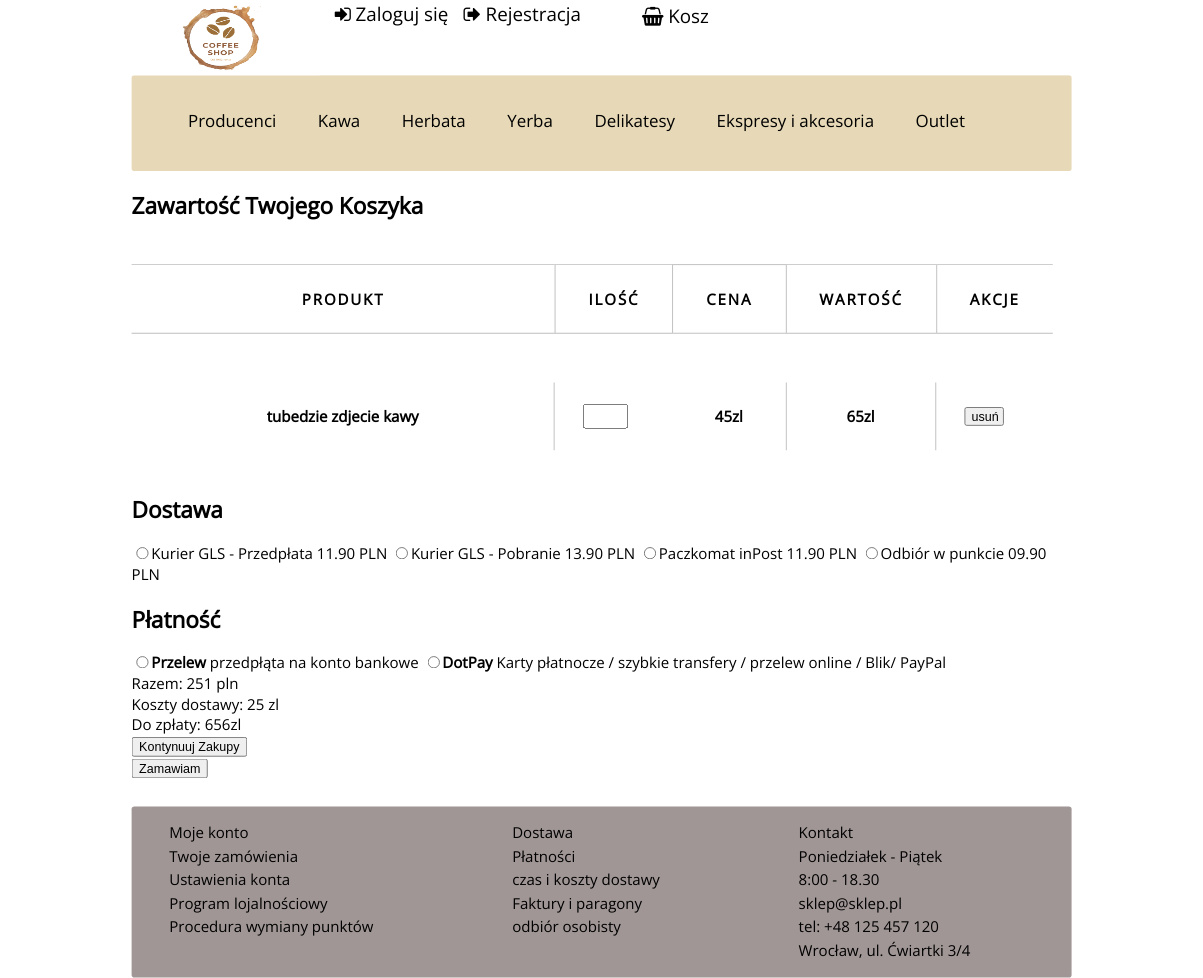
Repository: kq333/CoffeShop
Page: index2.html
The author's editor kept a copy of each file at every save. The page is drawn from the files as they stood at one save, then again after the next save.
The browser window is 1280 px wide. The pictures show the whole page, at 94% of full size.
The style sheet was rebuilt from its Sass, Less or Tailwind sources for each picture, by a compiler version that may differ from the author's.

Above is the page before, as saved 2020-12-10 00:12:53.
Console error: TypeError: Cannot read properties of null (reading 'addEventListener')

After the next save:
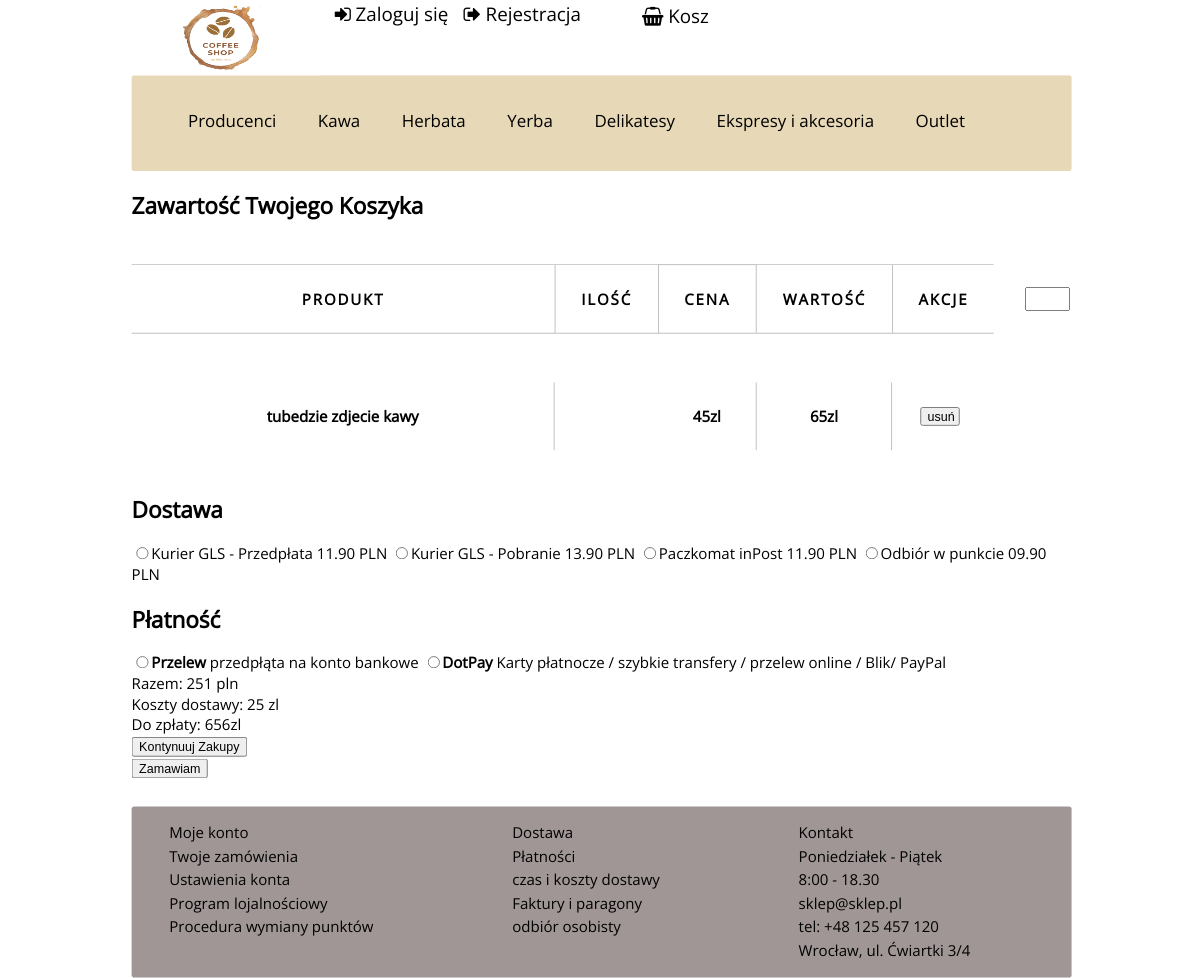
Saved 101 s later.
--- a/index2.html
+++ b/index2.html
@@ -256,7 +256,8 @@
                         <div class="productValue">wartość</div>
                         <div class="productDelete">Akcje</div>
                         <div class="productClone">tubedzie zdjecie kawy</div>
-                        <input class="inputNumber" type="number" min="0">
+                        <div id="inputNumber">
+                        <input class="inputNumber" type="number" min="0"></div>
                         <div class="productPriceValue">45zl</div>
                         <div class="productValuePrice">65zl</div>
                         <button id="deleteBasket">usuń</button>

After the save that followed:
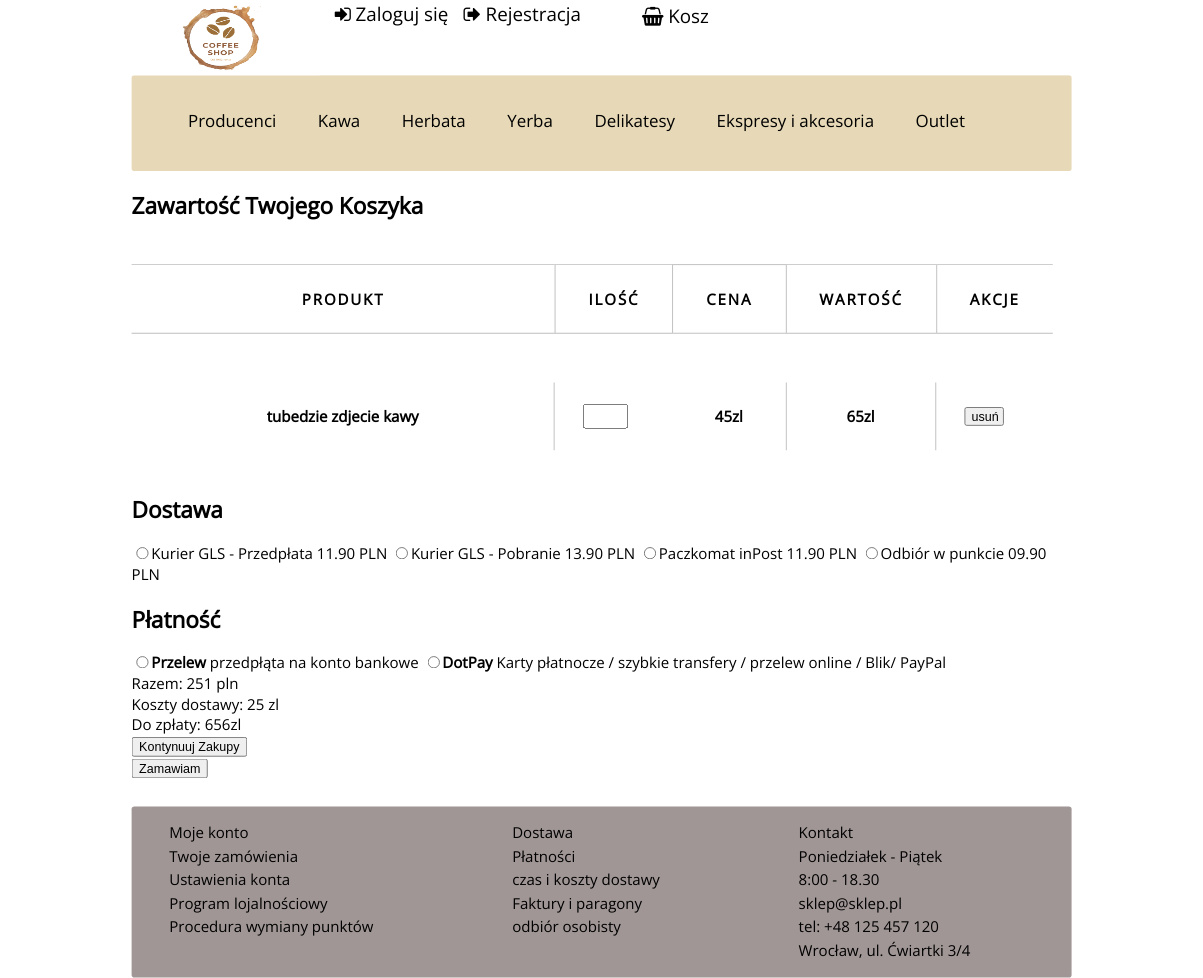
Saved 13 s later.
--- a/index2.html
+++ b/index2.html
@@ -256,8 +256,7 @@
                         <div class="productValue">wartość</div>
                         <div class="productDelete">Akcje</div>
                         <div class="productClone">tubedzie zdjecie kawy</div>
-                        <div id="inputNumber">
-                        <input class="inputNumber" type="number" min="0"></div>
+                        <input class="inputNumber" type="number" min="0">
                         <div class="productPriceValue">45zl</div>
                         <div class="productValuePrice">65zl</div>
                         <button id="deleteBasket">usuń</button>
